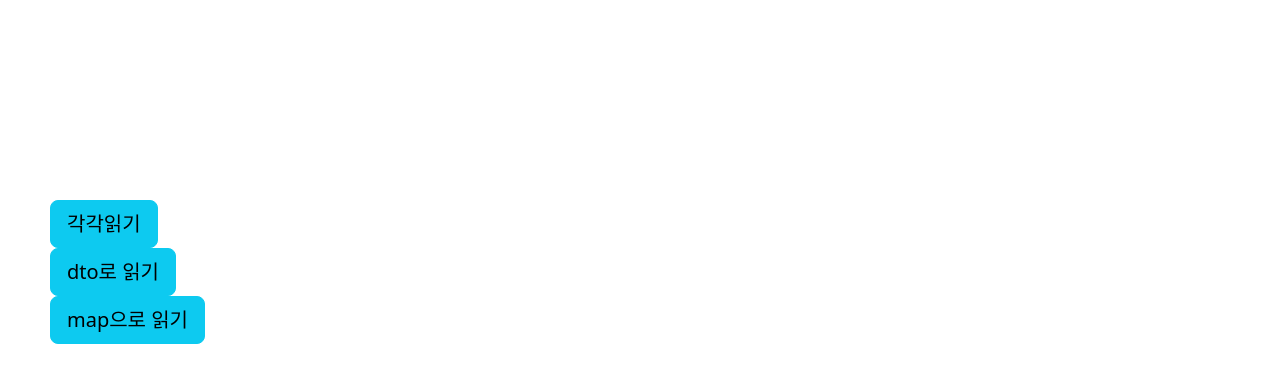
Repository: UZCHA/Sist0103Project
Page: http://localhost/SpringMvcFileUploadEx6/
The author's editor kept a copy of each file at every save. The page is drawn from the files as they stood at one save, then again after the next save.
The browser window is 1280 px wide. The pictures show the whole page.
Some web fonts or font styles are not loaded; a fallback is used. The page is served by Tomcat 9. Other server files are loaded and not shown.

Above is the page before, as saved 2024-05-07 02:16:10.

### sts3work/SpringMvcFileUploadEx6/src/main/webapp/WEB-INF/day0507/menu.jsp
<%@ page language="java" contentType="text/html; charset=utf-8"
    pageEncoding="utf-8"%>
<%@ taglib prefix="c" uri="http://java.sun.com/jsp/jstl/core" %>
<%@ taglib prefix="fmt" uri="http://java.sun.com/jsp/jstl/fmt" %>
<!DOCTYPE html>
<html>
<head>
<meta charset="UTF-8">
<link href="https://cdn.jsdelivr.net/npm/bootstrap@5.3.2/dist/css/bootstrap.min.css" rel="stylesheet">
<link href="https://fonts.googleapis.com/css2?family=Dongle&family=Gaegu&family=Nanum+Pen+Script&family=Noto+Sans+KR:wght@100..900&family=Noto+Serif+KR&display=swap" rel="stylesheet">
<script src="https://code.jquery.com/jquery-3.7.0.js"></script>
<title>Insert title here</title>
</head>
<body>
<div style="margin: 200px 50px;">
	<button class="btn btn-info btn-lg">각각읽기</button>
	<br>
	<button class="btn btn-info btn-lg">dto로 읽기</button>
	<br>
	<button class="btn btn-info btn-lg">map으로 읽기</button>
	<br>
</div>
</body>
</html>

After the next save:
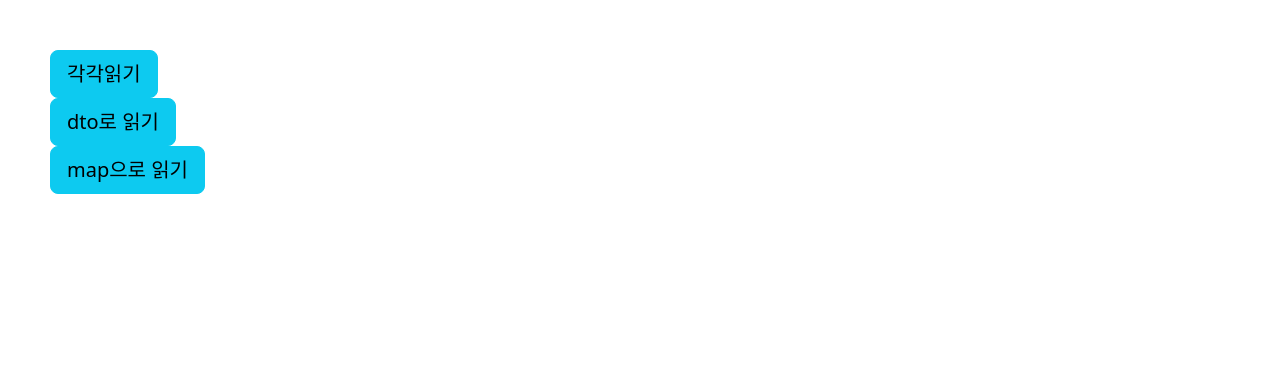
Saved 52 s later.
--- a/sts3work/SpringMvcFileUploadEx6/src/main/webapp/WEB-INF/day0507/menu.jsp
+++ b/sts3work/SpringMvcFileUploadEx6/src/main/webapp/WEB-INF/day0507/menu.jsp
@@ -12,7 +12,7 @@
 <title>Insert title here</title>
 </head>
 <body>
-<div style="margin: 200px 50px;">
+<div style="margin: 50px 50px;">
 	<button class="btn btn-info btn-lg">각각읽기</button>
 	<br>
 	<button class="btn btn-info btn-lg">dto로 읽기</button>
